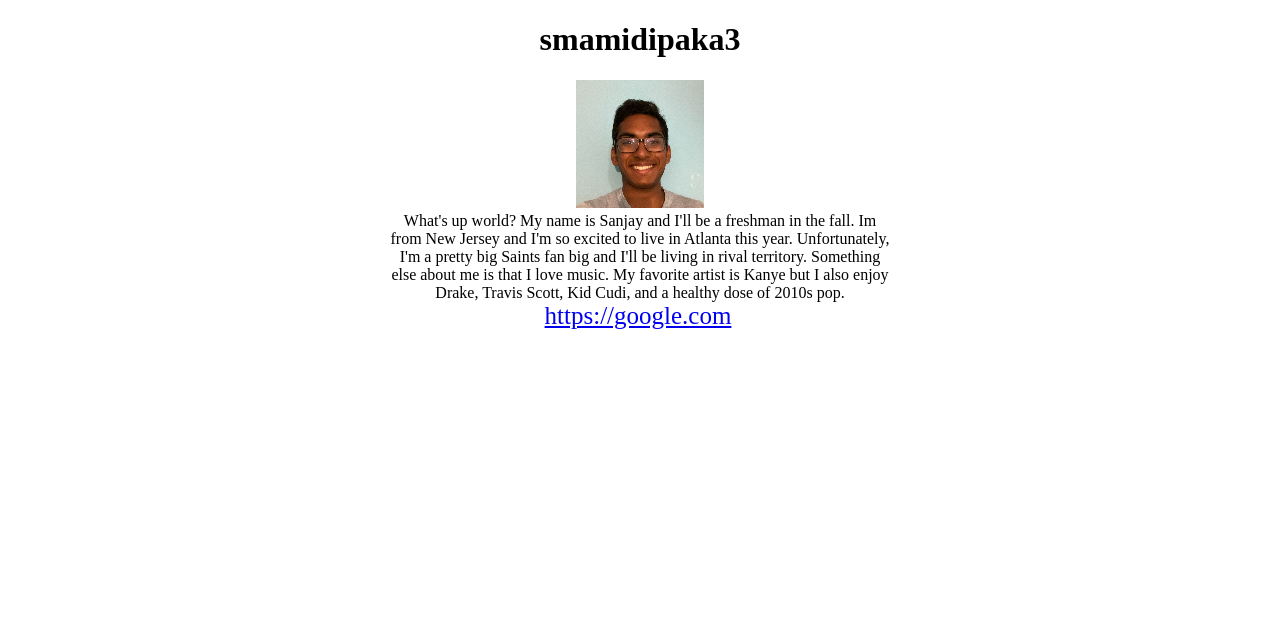
Repository: sanjayMamidipaka/cs1301
Page: lab01/index.html
The author's editor kept a copy of each file at every save. The page is drawn from the files as they stood at one save, then again after a run of saves.
The browser window is 1280 px wide. The pictures show the whole page.

Above is the page before, as saved 2021-07-22 16:07:35.

After the next 5 saves:
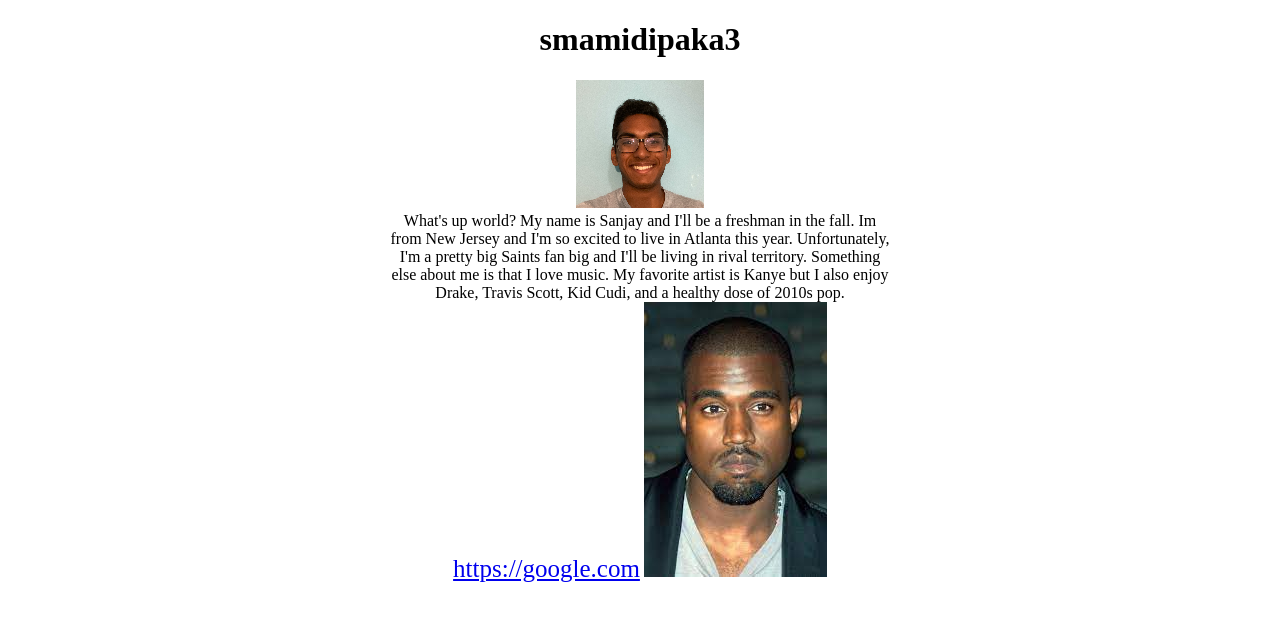
The 5 saves are shown as one change because they came seconds apart.
The last was saved 13 s later.
--- a/lab01/index.html
+++ b/lab01/index.html
@@ -16,5 +16,5 @@
 
     <a class = 'link' href="https://google.com">https://google.com</a>
 
-    <img href="https://www.kanyewest.com/" src="" alt="">
+    <img href="https://www.kanyewest.com/" src="kanye.jpeg" alt="">
   </div>

After the 5 saves that followed:
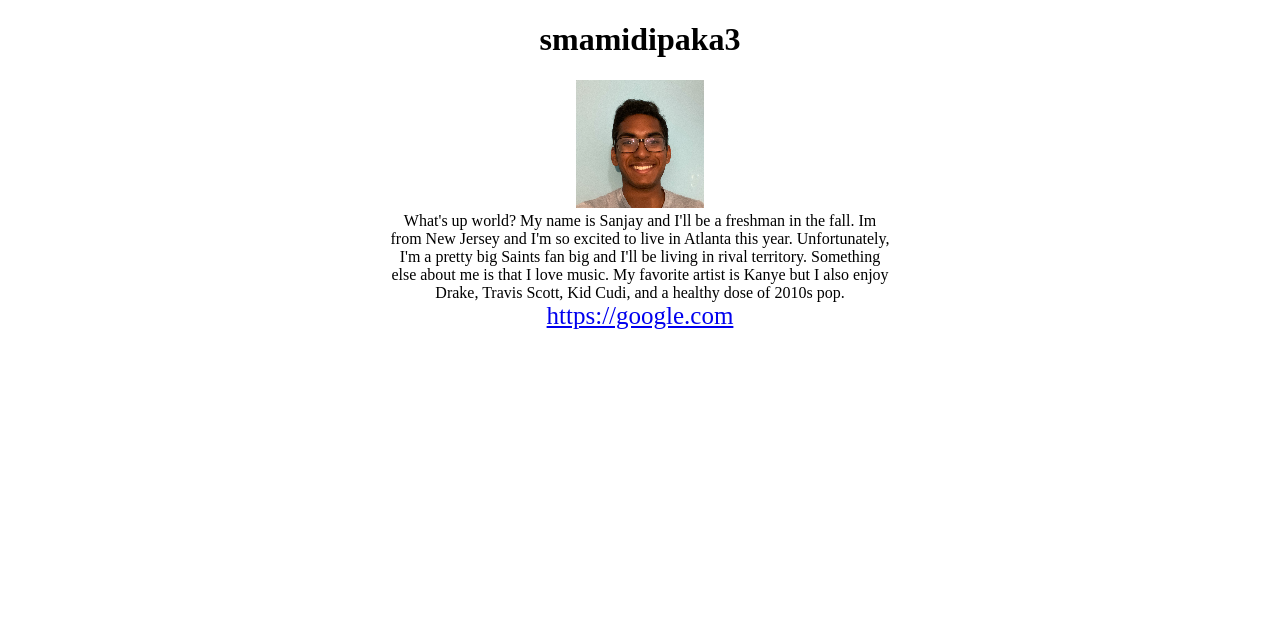
The 5 saves are shown as one change because 1 left the picture as it was and some came seconds apart.
The last was saved 110 s later.
--- a/lab01/index.html
+++ b/lab01/index.html
@@ -16,5 +16,5 @@
 
     <a class = 'link' href="https://google.com">https://google.com</a>
 
-    <img href="https://www.kanyewest.com/" src="kanye.jpeg" alt="">
+    <a>
   </div>
